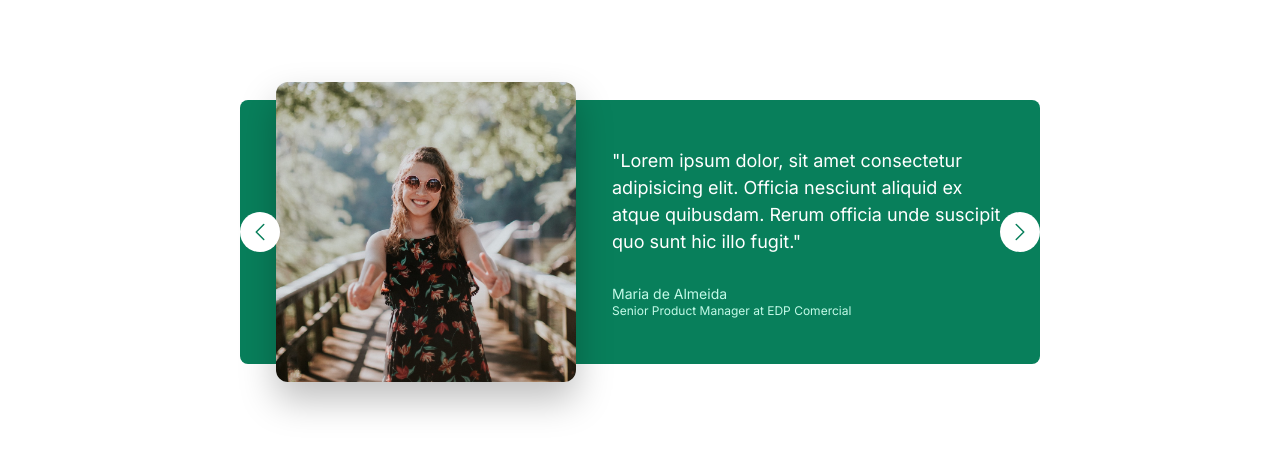
Repository: Ahmed123rezk123/06-Components
Page: carousel.html
An editor plug-in stored every save of this project. The page is shown before and after the next save, followed by the edit.
The browser window is 1280 px wide. The pictures show the whole page.

Above is the page before, as saved 2024-09-16 08:59:38.

### carousel.html
<!DOCTYPE html>
<html lang="en">
  <head>
    <meta charset="UTF-8" />
    <meta name="viewport" content="width=device-width, initial-scale=1.0" />
    <link rel="preconnect" href="https://fonts.gstatic.com" />
    <link
      href="https://fonts.googleapis.com/css2?family=Inter:wght@400;500;700&display=swap"
      rel="stylesheet"
    />
    <style>
      * {
        margin: 0;
        padding: 0;
        box-sizing: border-box;
      }

      body {
        font-family: "Inter", sans-serif;
        /* color: #343a40;
        background-color: #f8f9fa; */
        line-height: 1;
      }
      .carousel {
        width: 800px;
        margin: 100px auto;
        background-color: #087f5b;
        border-radius: 8px;
        padding: 32px;
        padding-left: 86px;
        color: #fff;
        display: flex;
        align-items: center;
        gap: 86px;
        position: relative;
      }

      img {
        height: 200px;
        border-radius: 8px;
        transform: scale(1.5);
        box-shadow: 0 12px 24px rgb(0, 0, 0, 0.25);
      }
      .testmonial-text {
        font-size: 18px;
        font-weight: 500px;
        line-height: 1.5;
        margin-bottom: 32px;
      }
      .testmonial-auther {
        font-size: 14px;
        margin-bottom: 4px;
        color: #c3fae8;
      }

      .testmonial-job {
        font-size: 12px;
        color: #c3fae8;
      }

      .btn {
        background-color: #fff;
        border: none;
        width: 40px;
        height: 40px;
        position: absolute;
        border-radius: 50%;
        display: flex;
        justify-content: center;
        align-items: center;
      }
      .btn-icon {
        width: 24px;
        height: 24px;
        stroke: #087f5b;
      }
      .btn-right {
        right: 0;
      }
      .btn-left {
        left: 0;
      }
    </style>
    <title>Carousel</title>
  </head>
  <body>
    <div class="carousel">
      <img src="maria.jpg" alt="" />
      <blockquote class="testmonial">
        <p class="testmonial-text">
          "Lorem ipsum dolor, sit amet consectetur adipisicing elit. Officia
          nesciunt aliquid ex atque quibusdam. Rerum officia unde suscipit quo
          sunt hic illo fugit."
        </p>
        <p class="testmonial-auther">Maria de Almeida</p>
        <p class="testmonial-job">Senior Product Manager at EDP Comercial</p>
      </blockquote>

      <button class="btn btn-right">
        <svg
          xmlns="http://www.w3.org/2000/svg"
          fill="none"
          viewBox="0 0 24 24"
          stroke-width="1.5"
          stroke="currentColor"
          class="btn-icon"
        >
          <path
            stroke-linecap="round"
            stroke-linejoin="round"
            d="m8.25 4.5 7.5 7.5-7.5 7.5"
          />
        </svg>
      </button>
      <button class="btn btn-left">
        <svg
          xmlns="http://www.w3.org/2000/svg"
          fill="none"
          viewBox="0 0 24 24"
          stroke-width="1.5"
          stroke="currentColor"
          class="btn-icon"
        >
          <path
            stroke-linecap="round"
            stroke-linejoin="round"
            d="M15.75 19.5 8.25 12l7.5-7.5"
          />
        </svg>
      </button>
    </div>
  </body>
</html>

After the next save:
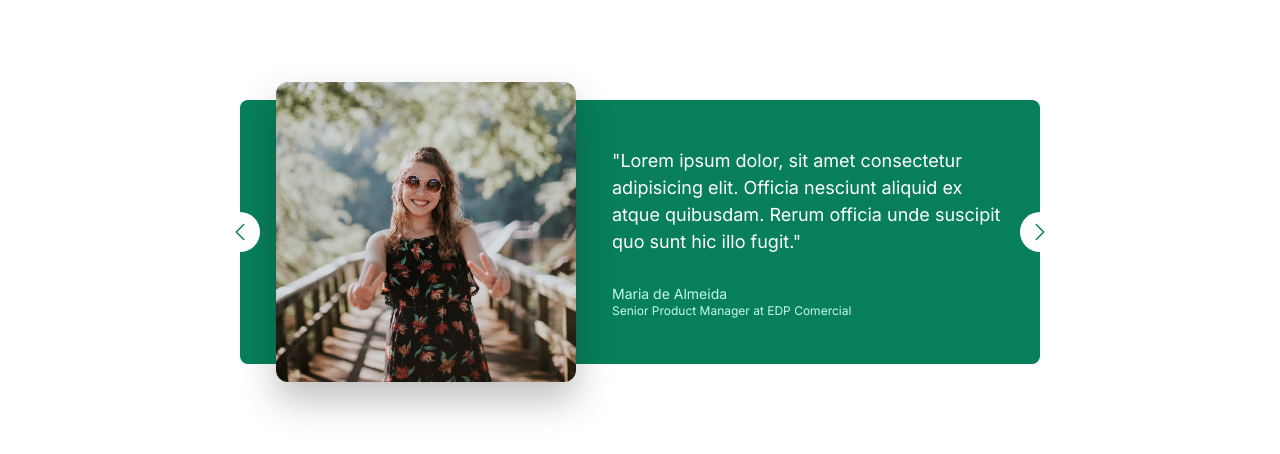
Saved 14 s later.
--- a/carousel.html
+++ b/carousel.html
@@ -75,10 +75,10 @@
         stroke: #087f5b;
       }
       .btn-right {
-        right: 0;
+        right: -20px;
       }
       .btn-left {
-        left: 0;
+        left: -20px;
       }
     </style>
     <title>Carousel</title>
